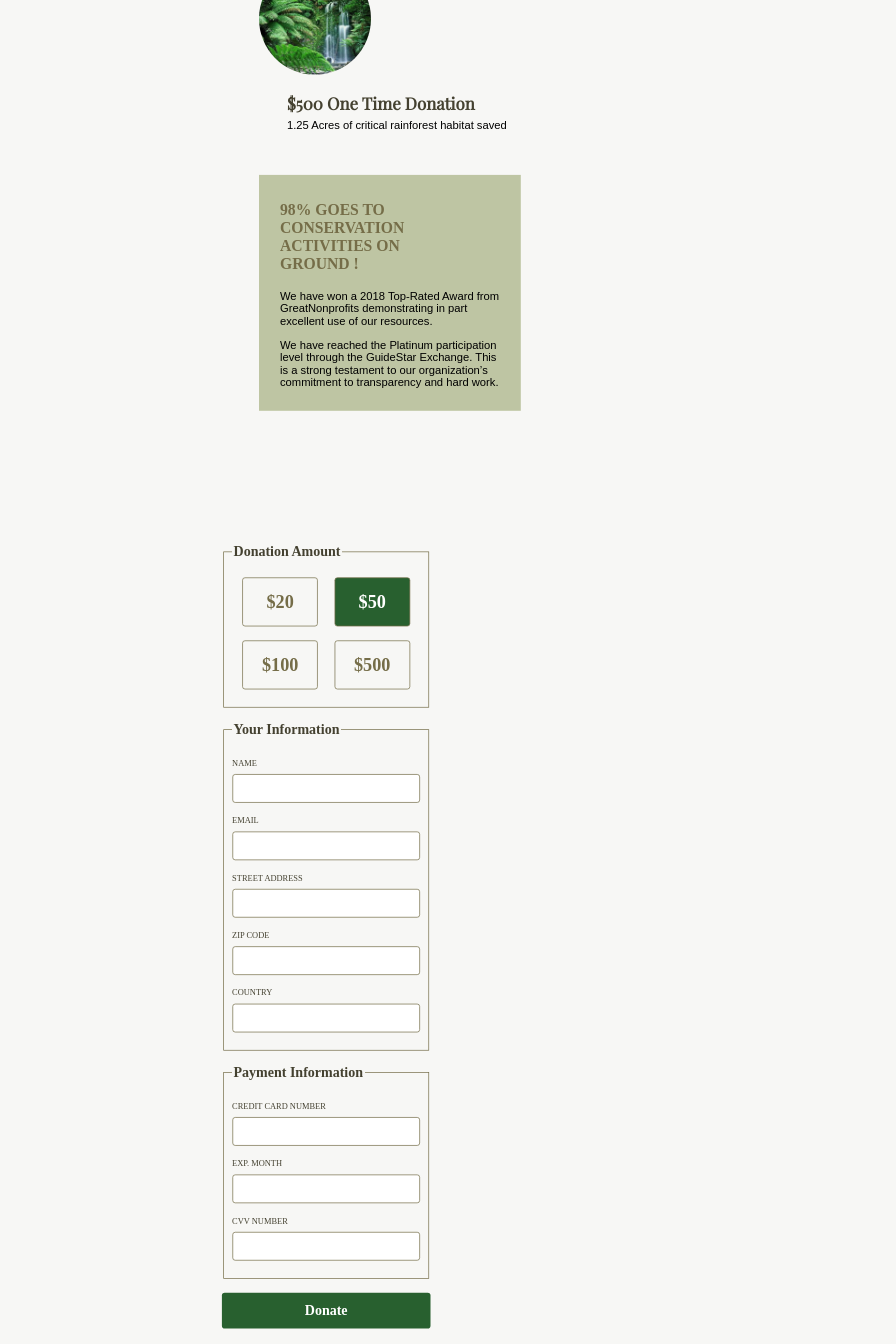
Repository: jlsorgel/smc_WD2_spring20
Page: final/donate.html
The author's editor kept a copy of each file at every save. The page is drawn from the files as they stood at one save, then again after the next save.
The browser window is 1280 px wide. The pictures show the part of the page from y = 1477 to 3397 px (the page is 3566 px tall before and 3601 px after), at 70% of full size.
Some web fonts or font styles are not loaded; a fallback is used. Some web libraries are served in a nearby version.

Above is the page before, as saved 2020-06-14 17:25:50.
Console error: TypeError: Cannot set properties of null (setting 'onclick')

After the next save:
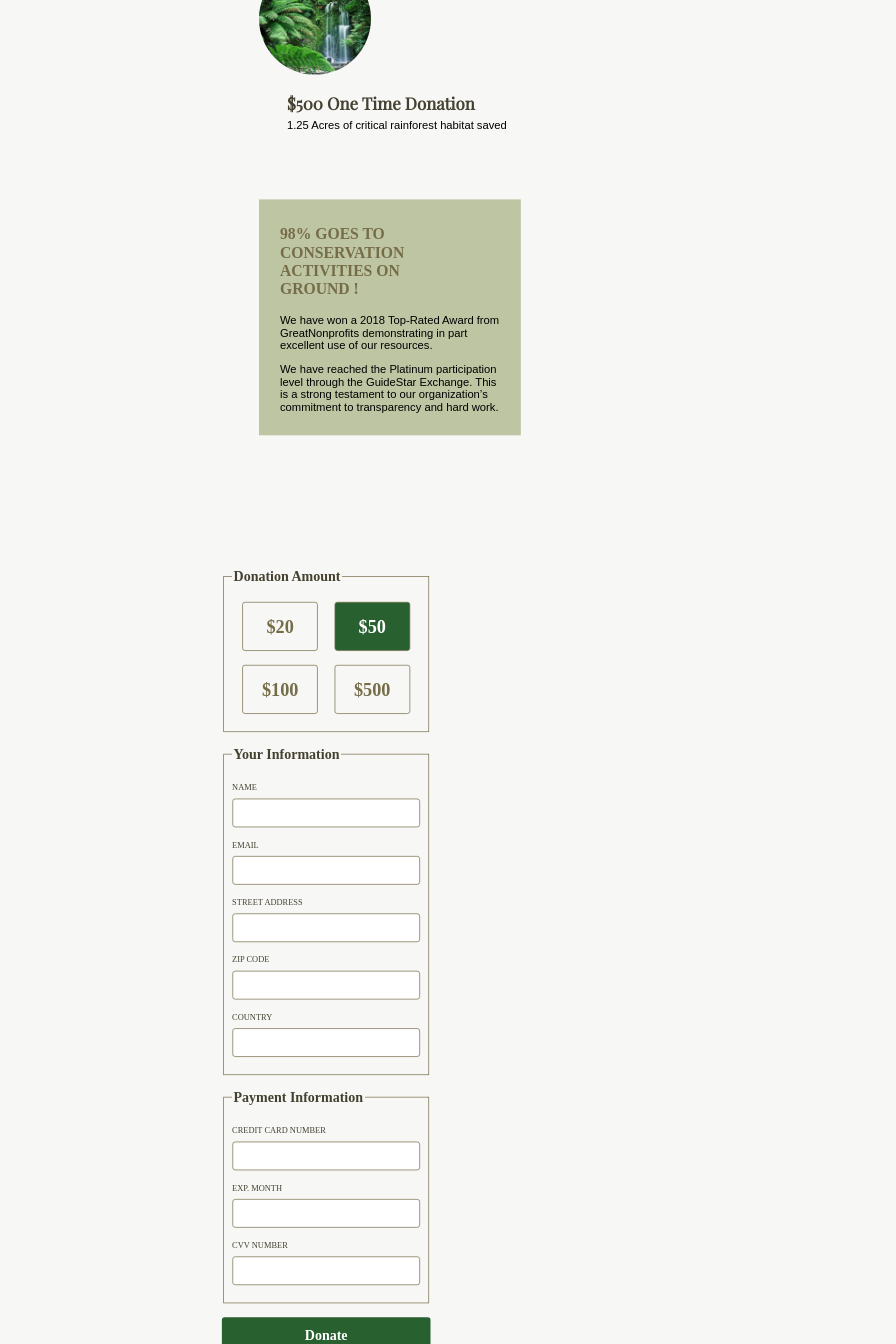
Saved 74 s later.
--- a/final/donate.css
+++ b/final/donate.css
@@ -364,7 +364,8 @@
  .donate-container{
     padding-left: 0px;
     padding-right: 0px;
-        text-align: left;
+    text-align: left;
+    margin-top: 80px;
 }
 
 
